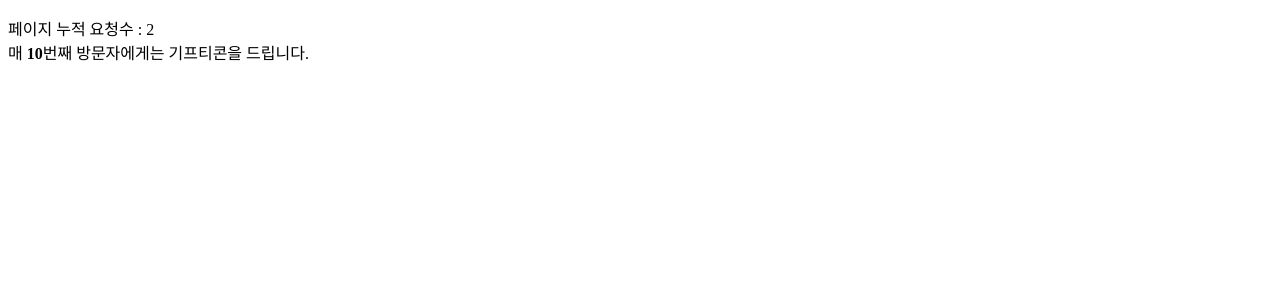
Repository: limbbbyoung/JSP_practice
Page: http://localhost/JSPbasic/jsptag/tag_quiz02.jsp
The author's editor kept a copy of each file at every save. The page is drawn from the files as they stood at one save, then again after the next save.
The browser window is 1280 px wide. The pictures show the whole page.
The page is served by Tomcat 9.

Above is the page before, as saved 2022-03-23 10:05:48.

After the next save:
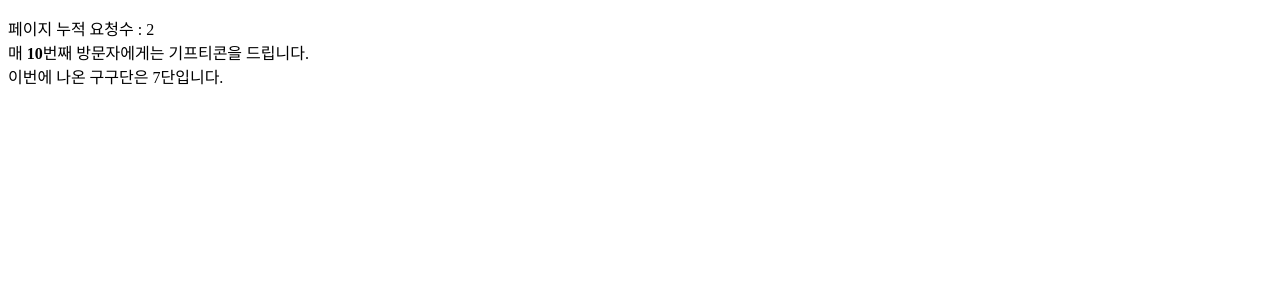
Saved 7 min 17 s later.
--- a/JSPbasic/src/main/webapp/jsptag/tag_quiz02.jsp
+++ b/JSPbasic/src/main/webapp/jsptag/tag_quiz02.jsp
@@ -11,7 +11,12 @@
 <title>Insert title here</title>
 </head>
 <body>
-<%! int total = 1; %>
+<%! int total = 1;
+    int randomNum(){
+    	int rn = (int)(Math.random()*7 + 2);
+    	return rn;
+    }
+%>
 <% total++; %>
      <p>
      페이지 누적 요청수 : <%= total %><br/>
@@ -19,6 +24,7 @@
      <% if(total % 10 == 0){ %>
           당첨되셨습니다.
      <% } %>
+     이번에 나온 구구단은 <%= randomNum() %>단입니다.
      </p>
 </body>
 </html>
